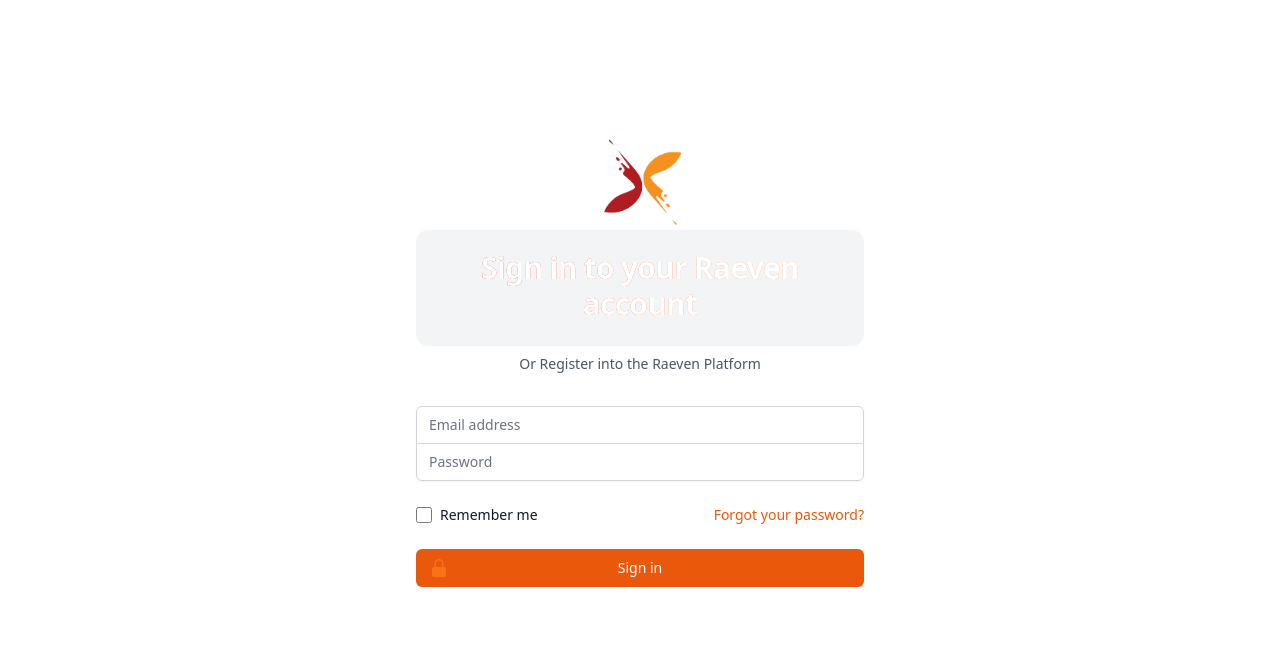
Repository: Curiosityxploring/raeven-site
Page: /login
An editor plug-in stored every save of this project. The page is shown before and after a run of saves, followed by the edit.
The browser window is 1280 px wide. The pictures show the whole page.
The project was rebuilt for these pictures with package versions that can differ from the ones it lists, and the page was loaded fresh each time. The framework's server and built-in components were replaced by stand-ins that run in the browser. Also part of the build but not shown: next.config.js.

Above is the page before, as saved 2023-01-12 15:44:47.

After the next 3 saves:
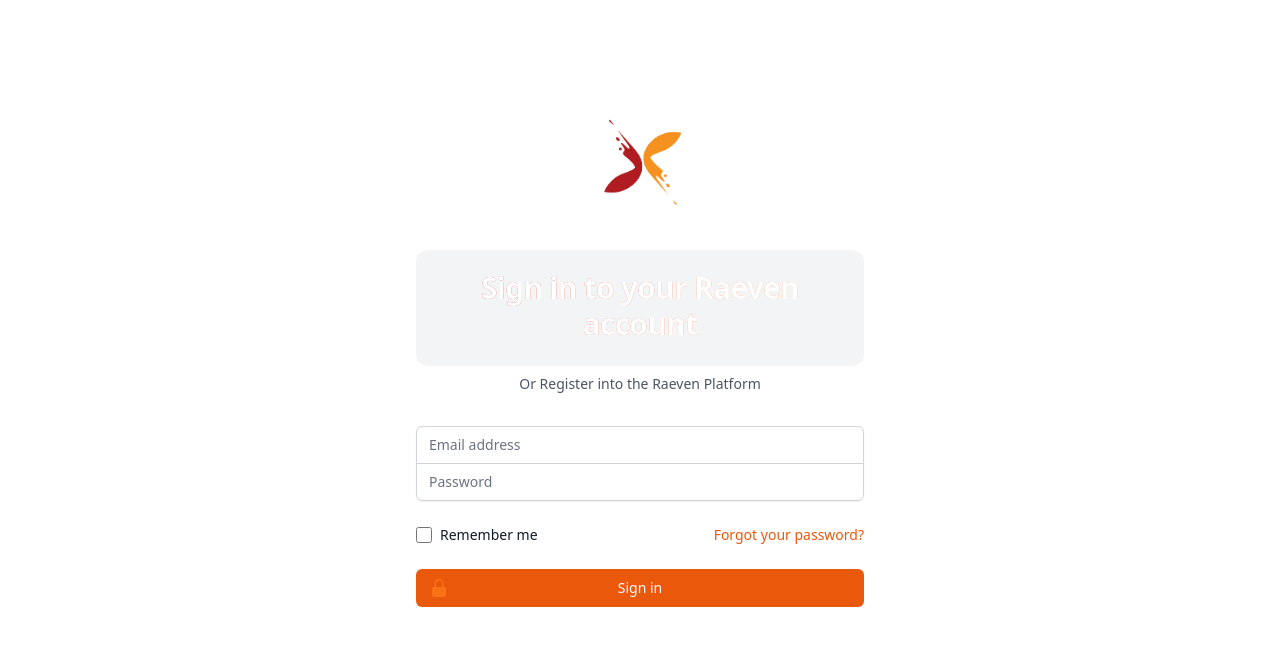
The 3 saves are shown as one change because they came seconds apart.
The last was saved 17 s later.
--- a/pages/login.jsx
+++ b/pages/login.jsx
@@ -17,7 +17,7 @@
           <div>
             <div className="">
             <img
-              className="mx-auto h-24 w-auto"
+              className="mx-auto h-24 w-auto mb-10"
               src="/images/curiositylogo.png"
               alt="Raeven Platform"
             />
